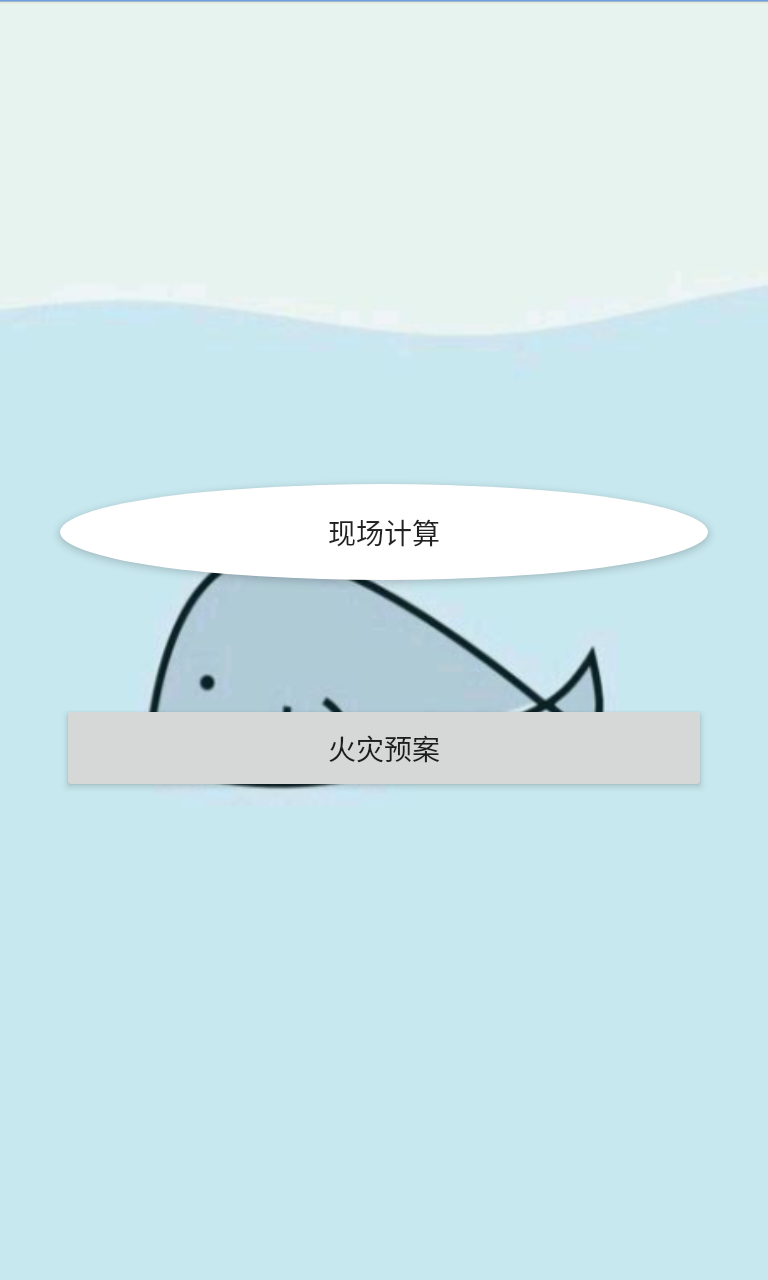
Repository: hohoTT/fireWork_handle_app
Layout: fireWork_handle_app/res/layout/activity_main.xml
These files come from the project's save history. The layout is drawn as it stood at one moment and after the next save; the edit follows.
It is drawn on a 768 x 1280 px phone screen (xhdpi) without system bars, with theme AppTheme; the app's code is not run.

Above is the layout before, as saved 2016-03-06 11:12:06.

After the next save:
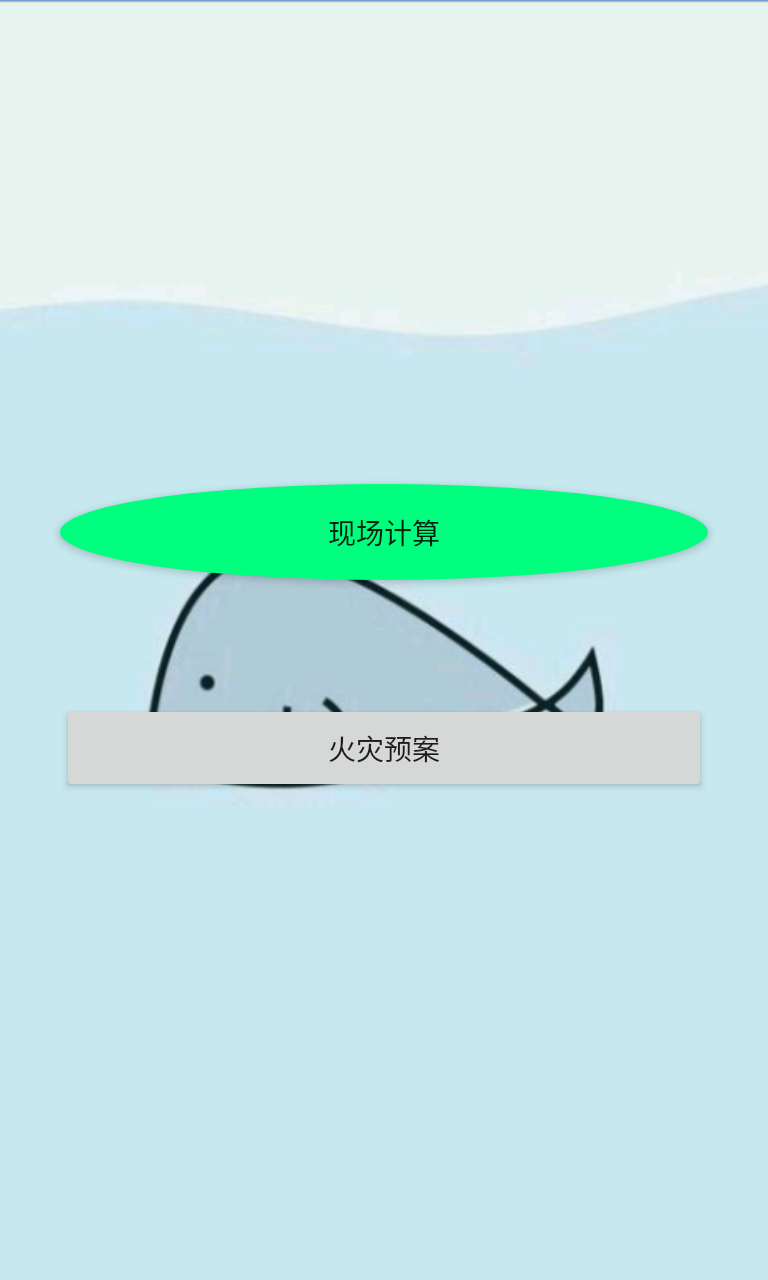
Saved 83 s later.
--- a/fireWork_handle_app/res/drawable/shape.xml
+++ b/fireWork_handle_app/res/drawable/shape.xml
@@ -6,7 +6,7 @@
 
     <!-- 填充的颜色 -->
 
-    <solid android:color="#FFFFFF"/>
+    <solid android:color="#00FF7F"/>
 
      <!-- 设置按钮的四个角为弧形 -->
 
